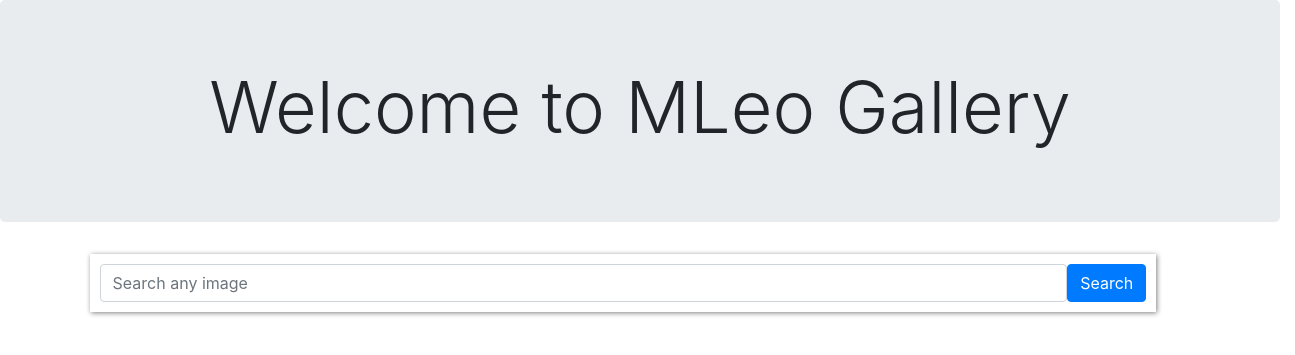
Repository: the-manohar/gallery
Page: /
These files come from the project's save history. The page is drawn as it stood at one moment and after the next save; the edit follows.
The browser window is 1280 px wide. The page is 1295 px wide, so the pictures cover 1295 px, including what lies to the right of the window. The pictures show the whole page.
The project was rebuilt for these pictures with package versions that can differ from the ones it lists, and the page was loaded fresh each time.

Above is the page before, as saved 2020-06-18 23:40:19.

### src/index.js
import React from "react";
import ReactDOM from "react-dom";
import "./index.css";
import "bootstrap/dist/css/bootstrap.css";
import App from "./App";
import * as serviceWorker from "./serviceWorker";

ReactDOM.render(
  <React.StrictMode>
    <App />
  </React.StrictMode>,
  document.getElementById("root")
);

// If you want your app to work offline and load faster, you can change
// unregister() to register() below. Note this comes with some pitfalls.
// Learn more about service workers: https://bit.ly/CRA-PWA
serviceWorker.unregister();

### src/App.js
import React, { useState } from "react";
import { Button, InputGroup, Input, Jumbotron, Spinner } from "reactstrap";

import "./App.css";

function App() {
  const [value, setValue] = useState("");
  const [result, setResult] = useState([]);
  const fetchImages = () => {
    fetch(
      `https://api.unsplash.com/search/photos/?client_id=V38aA4zOjg1Xb1lBpNRUAK8duXvqwhDHHJbssXB_Pps&query=${value}&orientation=squarish&per_page=18`
    )
      .then((res) => res.json())
      .then((data) => {
        setResult(data.results);
      });
  };
  return (
    <div className="row">
      <div className="App col-sm-5 col-md-12 col-xs-8">
        <Jumbotron>
          <h1 className="display-3">Welcome to MLeo Gallery</h1>
        </Jumbotron>
        <div className="mydiv col-sm-4 col-md-10 col-xs-4">
          <InputGroup>
            <Input
              placeholder="Search any image"
              value={value}
              onChange={(event) => setValue(event.target.value)}
            />
          </InputGroup>
          <Button color="primary" onClick={() => fetchImages()}>
            Search
          </Button>
        </div>

        {
          result.length > 0 ? (
            <div className="col-sm-12">
              {result.map((item) => {
                return (
                  <img
                    className=" img-thumbnail"
                    key={item.id}
                    src={item.urls.small}
                    alt={item.urls.small}
                  />
                );
              })}
            </div>
          ) : null
          // <Spinner style={{ width: "3rem", height: "3rem" }} />
        }
      </div>
    </div>
  );
}

export default App;

//

### src/App.css
.App {
  text-align: center;
}
.mydiv {
  display: flex;
  justify-content: space-around;
  margin: 10px 7%;
  box-shadow: 1px 1px 5px grey;
  padding: 10px;
}

.gallery {
  display: flex;
  flex-wrap: wrap;
  justify-content: space-around;
}
.item {
  width: 30%;
  margin: 5px;
}

Loaded but not shown: public/index.html (common file); src/index.css (common file); src/serviceWorker.js (common file)

After the next save:
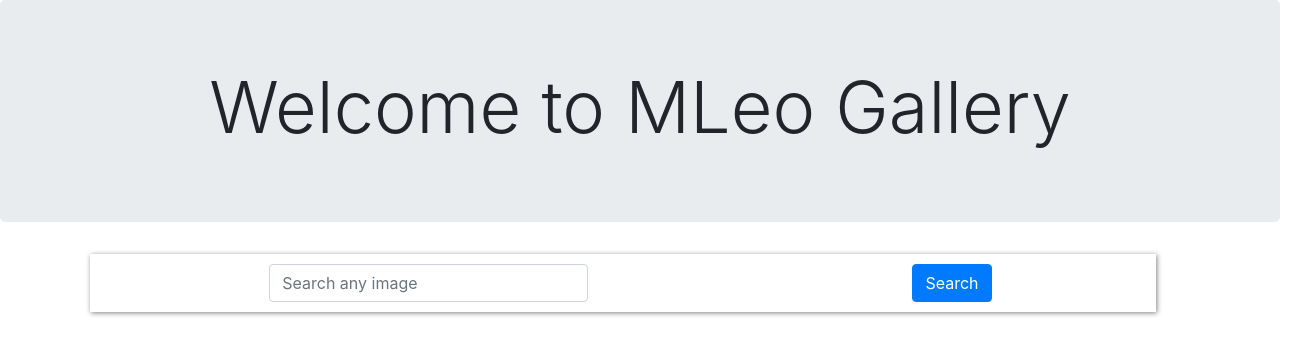
Saved 2 min 8 s later.
--- a/src/App.js
+++ b/src/App.js
@@ -22,7 +22,7 @@ function App() {
           <h1 className="display-3">Welcome to MLeo Gallery</h1>
         </Jumbotron>
         <div className="mydiv col-sm-4 col-md-10 col-xs-4">
-          <InputGroup>
+          <InputGroup className="col-sm-4">
             <Input
               placeholder="Search any image"
               value={value}
